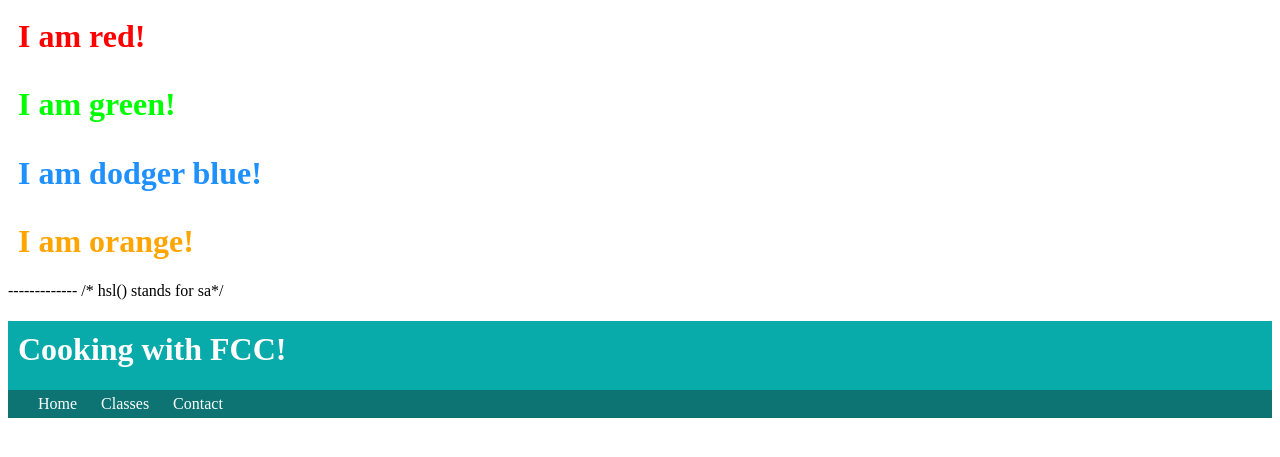
Repository: betsya97/freeCodeCamp_WebBasics
Page: html/colors.html
The author's editor kept a copy of each file at every save. The page is drawn from the files as they stood at one save, then again after the next save.
The browser window is 1280 px wide. The pictures show the whole page.

Above is the page before, as saved 2021-03-07 23:12:30.

### html/colors.html
<style>
    .red-text {
      color: #FF0000;
    }
    .green-text {
      color:#0F0;
    }
    .dodger-blue-text {
      color: #1E90FF;
    }
    .orange-text {
      color: #FFA500;
    }
  </style>

  <h1 class="red-text">I am red!</h1>

  <h1 class="green-text">I am green!</h1>

  <h1 class="dodger-blue-text">I am dodger blue!</h1>

  <h1 class="orange-text">I am orange!</h1>
  <!--two digits for  R, two for G, two for Blue-->
  <!--or  1 digit for R, 1 for G, 1 for Blue -->
  <!--alternative: use rgb(0,0,0);-->
  -------------
/* hsl() stands for sa*/
  <style>
    header {
      background-color: hsl(180, 90%, 35%);
      color: #FFFFFF;
    }

    nav {
      background-color: hsl(180,80%,25%);
    }

    h1 {
      text-indent: 10px;
      padding-top: 10px;
    }

    nav ul {
      margin: 0px;
      padding: 5px 0px 5px 30px;
    }

    nav li {
      display: inline;
      margin-right: 20px;
    }

    a {
      text-decoration: none;
      color: inherit;
    }
  </style>

  <header>
    <h1>Cooking with FCC!</h1>
    <nav>
      <ul>
        <li><a href="#">Home</a></li>
        <li><a href="#">Classes</a></li>
        <li><a href="#">Contact</a></li>
      </ul>
    </nav>
  </header>

After the next save:
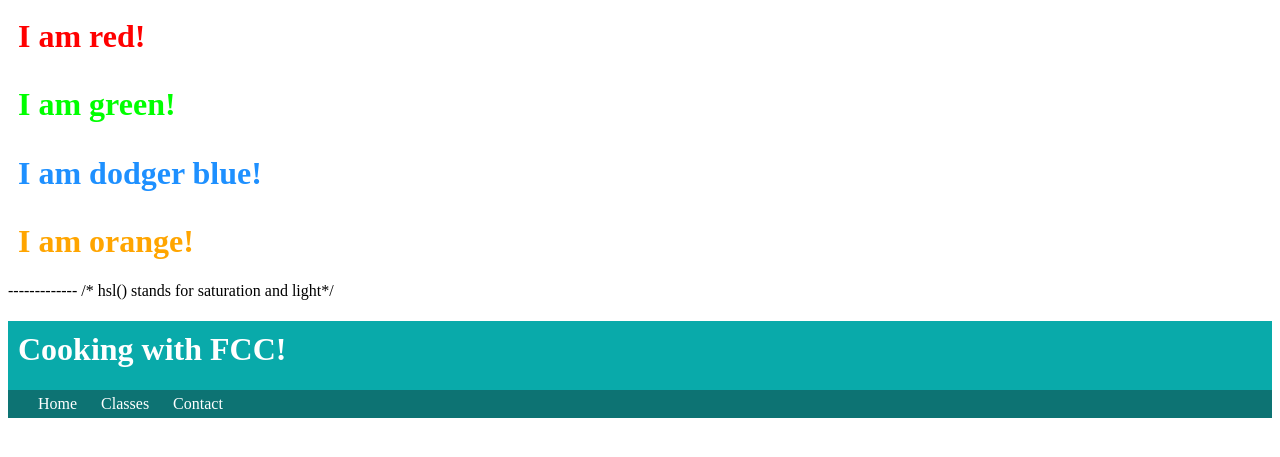
Saved 4 s later.
--- a/html/colors.html
+++ b/html/colors.html
@@ -24,7 +24,7 @@
   <!--or  1 digit for R, 1 for G, 1 for Blue -->
   <!--alternative: use rgb(0,0,0);-->
   -------------
-/* hsl() stands for sa*/
+/* hsl() stands for saturation and light*/
   <style>
     header {
       background-color: hsl(180, 90%, 35%);
